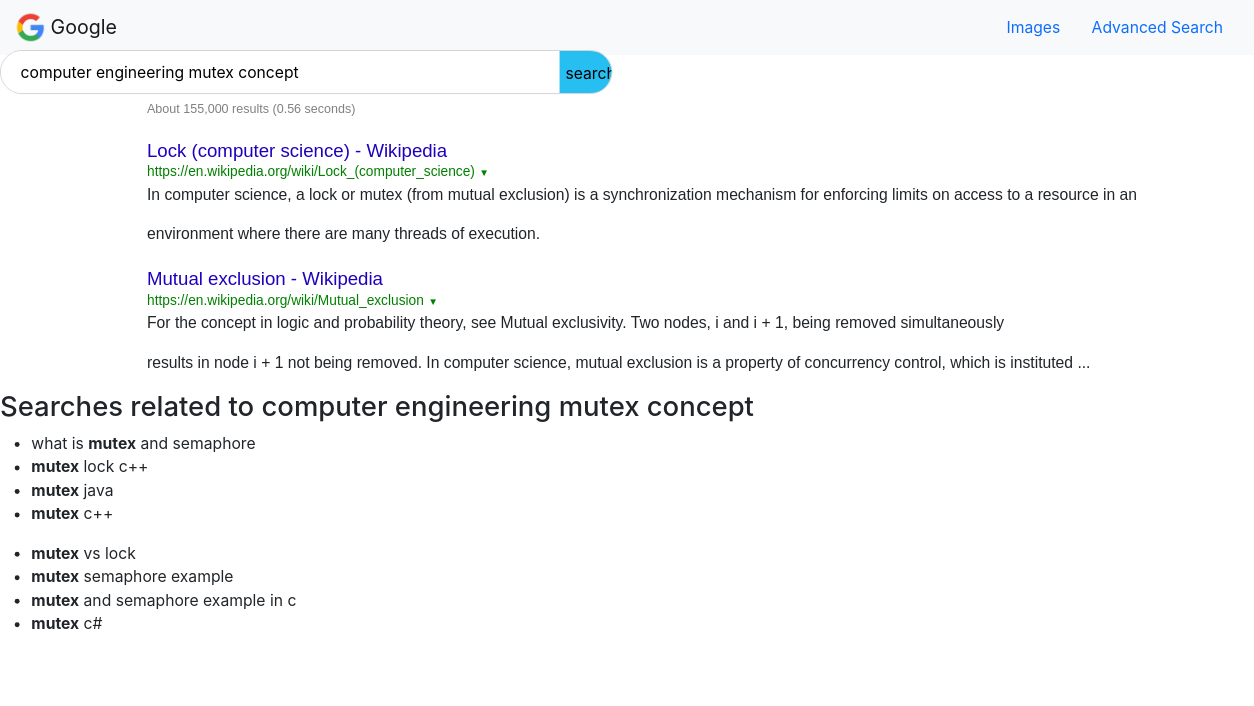
Repository: hego-team/hego-frontend
Page: /search
These files come from the project's save history. The page is drawn as it stood at one moment and after a run of saves; the edit follows.
The browser window is 1280 px wide. The pictures show the whole page, at 98% of full size.
The project was rebuilt for these pictures with package versions that can differ from the ones it lists, and the page was loaded fresh each time.

Above is the page before, as saved 2022-05-15 02:19:03.

### index.html
<!DOCTYPE html>
<html>
  <head>
    <meta charset="utf-8">
    <link rel ="shortcut icon" type="image/x-icon" href="static/google_icon.ico">
    <title>hego-frontend</title>
  </head>
  <body>
    <div id="app"></div>
    <!-- built files will be auto injected -->
  </body>
</html>

### src/main.js
// The Vue build version to load with the `import` command
// (runtime-only or standalone) has been set in webpack.base.conf with an alias.
import Vue from 'vue'
import App from './App'
import router from './router'
import axios from 'axios'
axios.defaults.baseURL = 'http://localhost:8443/api'

Vue.prototype.$axios = axios
Vue.config.productionTip = false

/* eslint-disable no-new */
new Vue({
  el: '#app',
  router,
  components: { App },
  template: '<App/>'
})

### src/router/index.js
import Vue from 'vue'
import Router from 'vue-router'
import SearchEngine from '@/components/SearchEngine'
import SearchResult from '@/components/SearchResult'

Vue.use(Router)

export default new Router({
  mode: "history",
  routes: [
    {
      path: '/home',
      name: 'searchEngine',
      component: SearchEngine
    },
    {
      path: '/search',
      name: 'SearchResult',
      component: SearchResult
    }
  ]
})

### src/components/SearchEngine.vue
<template>

  <div id="searchEngine">
    <NavMenu></NavMenu>
    <div class="search">
      <a href="#" >
          <img class="center" src="../assets/img/googlelogo_color.png" alt="Google-Logo" id="big-logo">
      </a>

      <div class="form-group" style="margin-top: 15px;">
        <input type="text center" class="form-control col-6" id="q" name="q" placeholder="Search" v-model="query">
      </div>
      <div class="form-group center padding">
          <button type="submit" class="btn btn-primary" id="google-button" v-on:click="submit">Google Search</button>
      </div>
    </div>
  </div>
</template>

<script>
import NavMenu from "./NavMenu.vue"
export default {
    name: "SearchEngine",
    components: { NavMenu },
    data() {
        return {
            query: "",
            resp: []
        };
    },
    methods: {
        submit() {
          this.$router.replace({ path: '/search' });
            /**
            var _this = this;
            var query = this.query;
            var url = "search/" + query;
            this.$axios.get(url).then(resp => {
                if (successResponse.data.code == 200) {
                    this.$router.replace({ path: url });
                }
            });
            */
        }
    }
}
</script>

<!-- Add "scoped" attribute to limit CSS to this component only -->
<style scoped>
@import "../styles/search.css";
@import "https://cdn.jsdelivr.net/npm/bootstrap@5.1.3/dist/css/bootstrap.min.css";
@import "https://stackpath.bootstrapcdn.com/bootstrap/4.5.0/css/bootstrap.min.css";
</style>

### src/components/SearchResult.vue
<template>
  <div id="SearchResult">
    <NavMenu></NavMenu>
    <div id="searchbar" type="text">
      <input id="searchbartext" type="text" value="computer engineering mutex concept" />
      <button id="searchbarbutton">search</button>


    </div>
    <div id="searchresultsarea">
        <p id="searchresultsnumber">About 155,000 results (0.56 seconds) </p>
        <div class="searchresult">
            <h2>Lock (computer science) - Wikipedia</h2>
            <a>https://en.wikipedia.org/wiki/Lock_(computer_science)</a> <button>▼</button>
            <p>In computer science, a lock or mutex (from mutual exclusion) is a synchronization mechanism for enforcing limits on access to a resource in an</p>
            <p> environment where there are many threads of execution.</p>
        </div>

        <div class="searchresult">
            <h2>Mutual exclusion - Wikipedia</h2>
            <a>https://en.wikipedia.org/wiki/Mutual_exclusion</a> <button>▼</button>
            <p>For the concept in logic and probability theory, see Mutual exclusivity. Two nodes, i and i + 1, being removed simultaneously</p>
            <p>results in node i + 1 not being removed. In computer science, mutual exclusion is a property of concurrency control, which is instituted ...</p>
        </div>
    </div>
    <div class="relatedsearches">
            <h3>Searches related to computer engineering mutex concept</h3>
            <div class="relatedlists">
                <ul class="relatedleft">
                    <li>what is <b>mutex</b> and semaphore</li>
                    <li><b>mutex</b> lock c++</li>
                    <li><b>mutex</b> java</li>
                    <li><b>mutex</b> c++</li>
                </ul>
                <ul class="relatedright">
                    <li><b>mutex</b> vs lock</li>
                    <li><b>mutex</b> semaphore example</li>
                    <li><b>mutex</b> and semaphore example in c</li>
                    <li><b>mutex</b> c#</li>
                </ul>
            </div>
    </div>

  </div>
</template>

<script>
import NavMenu from "./NavMenu.vue"
export default {
  name: "SearchResult",
  components: {NavMenu}

}
</script>

<style scoped>
@import "../styles/result.css"
</style>

### src/styles/search.css
.search {
  display: block;
  margin: auto;
  margin-top: 10%; }

.as_search {
  margin: auto;
  padding: auto; }

.title {
  color: #d93025;
  font-size: 20px;
  margin-top: 20px;
  margin-left: 20px; }

.overlap {
  position: relative; }

.logo-subtext {
  color: #4285f4;
  font: 16px/16px roboto-regular, arial, sans-serif;
  white-space: nowrap;
  position: absolute;
  margin-left: 60%; }

.center {
  display: block;
  margin-left: auto;
  margin-right: auto;
  width: 50%; }

.padding {
  padding-left: 35px; }

#big-logo {
  width: 300px; }

#google-button {
  background-color: #f2f2f2;
  color: rgba(0, 0, 0, 0.473);
  border: none;
  position: center; }


#q {
  border-radius: 50px;
  margin: auto;
  padding-left: 20px; }

### src/components/NavMenu.vue
<template>
    <div id="searchEngine">
        <nav class="navbar navbar-light bg-light">
            <a class="navbar-brand" href="search.html">
                <img src="../assets/img/google-logo.png" width="30" height="30" class="d-inline-block align-top" alt="" loading="lazy">
                Google
            </a>
            <ul class="nav justify-content-end">
                <li class="nav-item">
                <a class="nav-link" href="images_search.html">Images</a>
                </li>
                <li class="nav-item">
                <a class="nav-link" href="adv_search.html">Advanced Search</a>
                </li>
            </ul>
        </nav>
    </div>
</template>

<script>
  export default {
    name: 'NavMenu'
  }
</script>

<style scoped>
@import "../styles/search.css";
@import "https://cdn.jsdelivr.net/npm/bootstrap@5.1.3/dist/css/bootstrap.min.css";
@import "https://stackpath.bootstrapcdn.com/bootstrap/4.5.0/css/bootstrap.min.css";
</style>

### src/styles/result.css
#searchbarbutton {
  height: 45px;
  width: 55px;
  position: relative;
  margin-right: -2px;
  background-color: rgba(6, 181, 239, 0.868);
}

#searchbarbutton svg {
  height: 25px;
  width: 35px;
  position: relative;
  left: -3px;
}

#searchbarbutton svg path {
  fill: #4285f4;
}

#searchbar {
  width: 625px;
  height: 45px;
  border-radius: 100px;
  border-color: lightgray;
  border-style: solid;
  border-width: 1px;
  font-size: 16px;
  position: relative;
  bottom: 5px;
  overflow: hidden;
  display: flex;
  z-index: 100;
}

#searchbar:hover {
  box-shadow: 0px 2px 5px rgba(0, 0, 0, 0.1);
}

#searchbar > input {
  height: 45px;
  border-style: none;
  font-size: 16px;
  line-height: 45px;
  padding-left: 20px;
  flex: 1;
}

#searchbar > input:focus {
  outline: none;
}

#searchbar button {
  border: none;
  cursor: pointer;
}

#searchbar button:focus {
  outline: none;
}

#searchresultsarea {
  margin-left: 150px;
  font-family: "Arial";
}

#searchresultsnumber {
  font-size: 0.8rem;
  color: gray;
}

.searchresult h2 {
  font-size: 19px;
  line-height: 18px;
  font-weight: normal;
  color: rgb(29, 1, 189);
  margin-bottom: 0px;
  margin-top: 25px;
}

.searchresult a {
  font-size: 14px;
  line-height: 14px;
  color: green;
  margin-bottom: 0px;
}

.searchresult button {
  font-size: 10px;
  line-height: 14px;
  color: green;
  margin-bottom: 0px;
  padding: 0px;
  border-width: 0px;
  background-color: white;
}

Loaded but not shown: src/App.vue (common file)

After the next 4 saves:
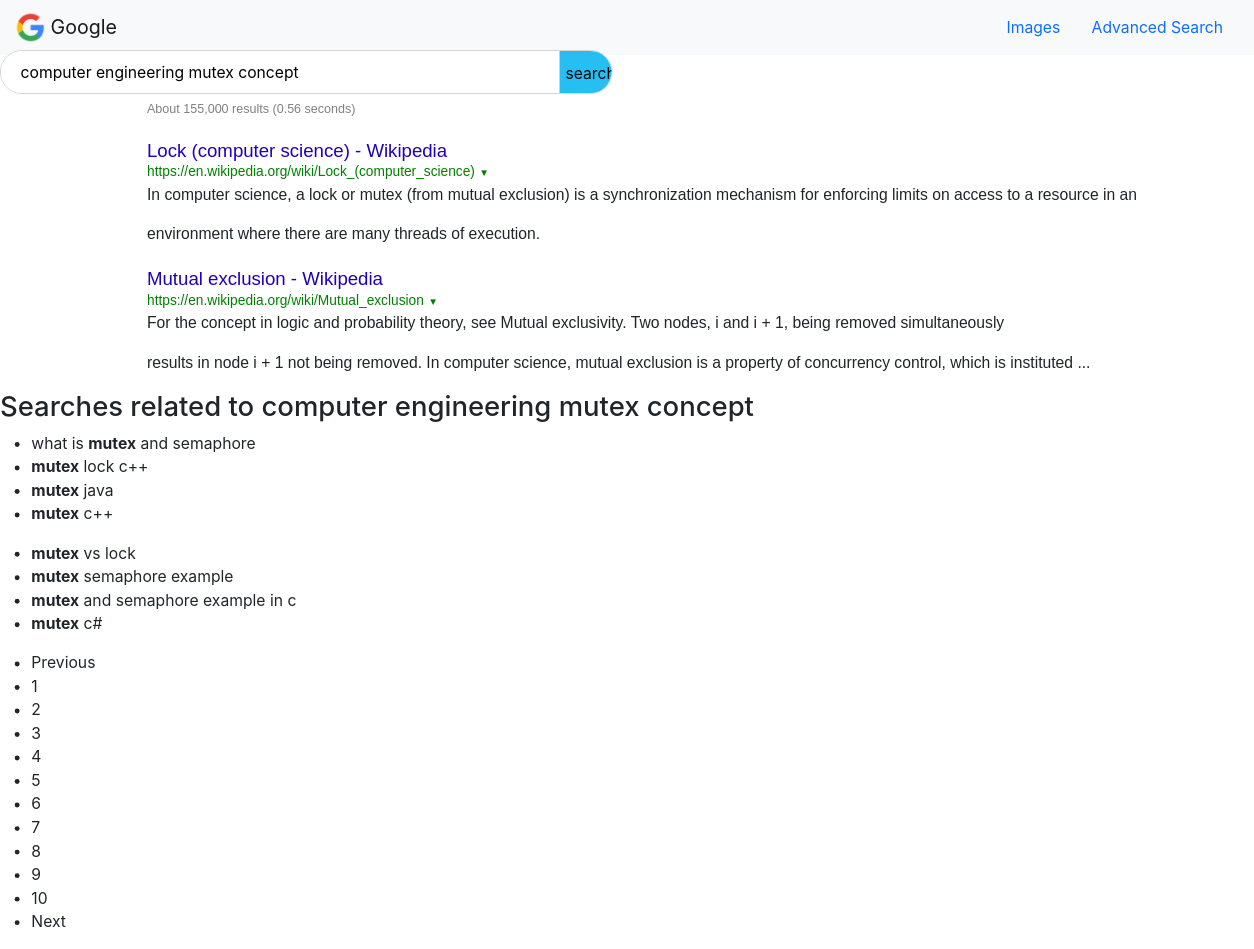
The 4 saves are shown as one change because they came seconds apart.
The last was saved 28 s later.
--- a/src/components/SearchResult.vue
+++ b/src/components/SearchResult.vue
@@ -1,12 +1,14 @@
 <template>
   <div id="SearchResult">
     <NavMenu></NavMenu>
+
     <div id="searchbar" type="text">
       <input id="searchbartext" type="text" value="computer engineering mutex concept" />
       <button id="searchbarbutton">search</button>
 
 
     </div>
+
     <div id="searchresultsarea">
         <p id="searchresultsnumber">About 155,000 results (0.56 seconds) </p>
         <div class="searchresult">
@@ -23,6 +25,7 @@
             <p>results in node i + 1 not being removed. In computer science, mutual exclusion is a property of concurrency control, which is instituted ...</p>
         </div>
     </div>
+
     <div class="relatedsearches">
             <h3>Searches related to computer engineering mutex concept</h3>
             <div class="relatedlists">
@@ -41,6 +44,24 @@
             </div>
     </div>
 
+            <div class="pagebar">
+            <ul class="pagelist">
+                <li class="pagelistprevious">Previous</li>
+                <li class="pagelistfirst">1</li>
+                <li class="pagelistnumber">2</li>
+                <li class="pagelistnumber">3</li>
+                <li class="pagelistnumber">4</li>
+                <li class="pagelistnumber">5</li>
+                <li class="pagelistnumber">6</li>
+                <li class="pagelistnumber">7</li>
+                <li class="pagelistnumber">8</li>
+                <li class="pagelistnumber">9</li>
+                <li class="pagelistnumber">10</li>
+                <li class="pagelistnext">Next</li>
+            </ul>
+        </div>
+    </div>
+
   </div>
 </template>
 
